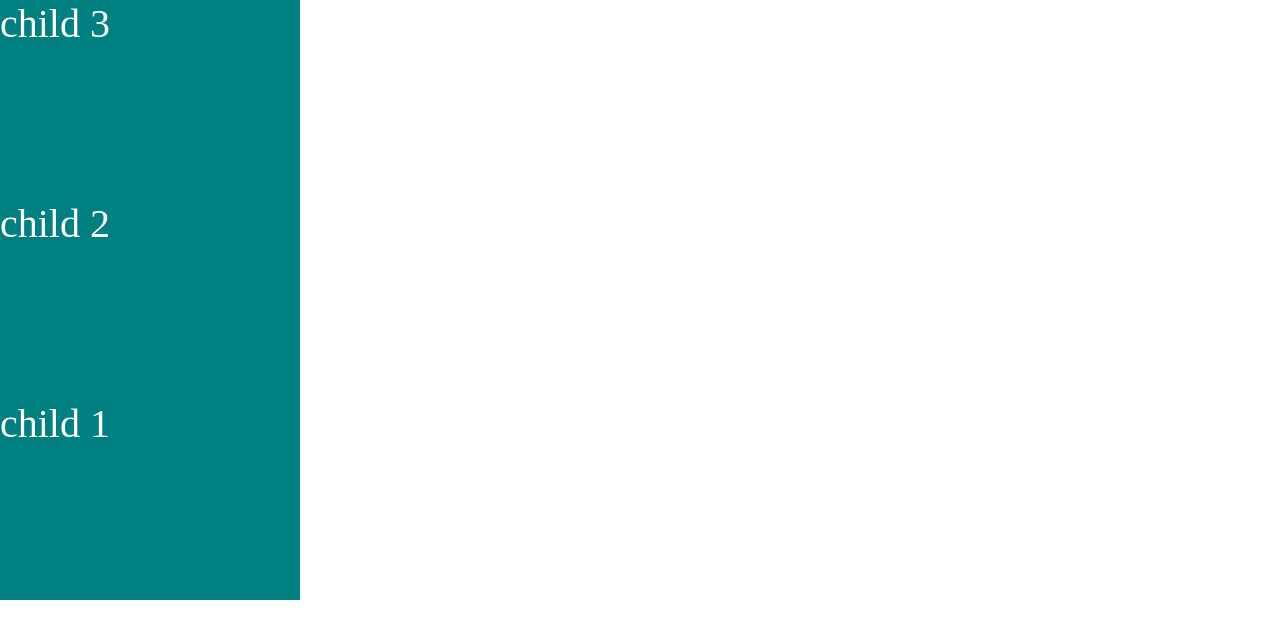
Repository: AytacSafarova/Figma--task
Page: index.html
These files come from the project's save history. The page is drawn as it stood at one moment and after the next save; the edit follows.
The browser window is 1280 px wide. The pictures show the whole page.

Above is the page before, as saved 2023-08-04 14:53:37.
Console error: ReferenceError: camelcase is not defined

### index.html
<!DOCTYPE html>
<html lang="en">

<head>
    <meta charset="UTF-8">
    <meta name="viewport" content="width=device-width, initial-scale=1.0">
    <title>Document</title>
    <link rel="stylesheet" href="./index.css">
</head>

<body>
    <div class="container">
        <div class="child">child 1</div>
        <div class="child">child 2</div>
        <div class="child">child 3</div>

    </div>
</body>
<script src="index.js"></script>

</html>

### index.css
@import url("https://fonts.googleapis.com/css2?family=Roboto&family=Roboto+Slab:wght@700&display=swap");
* {
  margin: 0;
  padding: 0;
  box-sizing: border-box;
}
.container {
  /* padding: 214px 0 231px 121px; */
  /* width: 60%; */
  display: flex;
  flex-direction: column-reverse;
}
.container h1 {
  color: #000;
  font-family: Roboto Slab;
  font-size: 55px;
  font-style: normal;
  font-weight: 700;
  line-height: 101.385%;
}
.container ul {
  margin-top: 62px;
  width: 672px;
}
.container ul li {
  color: #000;
  font-family: Roboto;
  font-size: 24px;
  font-style: normal;
  font-weight: 400;
  line-height: 150%;
}

/* tablet style */
@media screen and (max-width:1024px) {
  .container {
    padding: 127px 0 160px 65px;
  }
  .container h1 {
    font-size: 32px;
  }
  .container ul {
    margin-top: 20px;
    width: 398px;
  }
  .container ul li {
    font-size: 14px;
  }
}

/* mobile style */
@media screen and (max-width: 768px) {

}


span{
  background-color: violet;
  /* display: inline; */
}
.child{
  background-color: teal;
  width: 300px;
  height: 200px;
  margin-right: 20px;

  color: white;
  font-size: 40px;
}

### index.js
let a=4
a=a+2
a+=2
let userName
camelcase
// kebab case

After the next save:
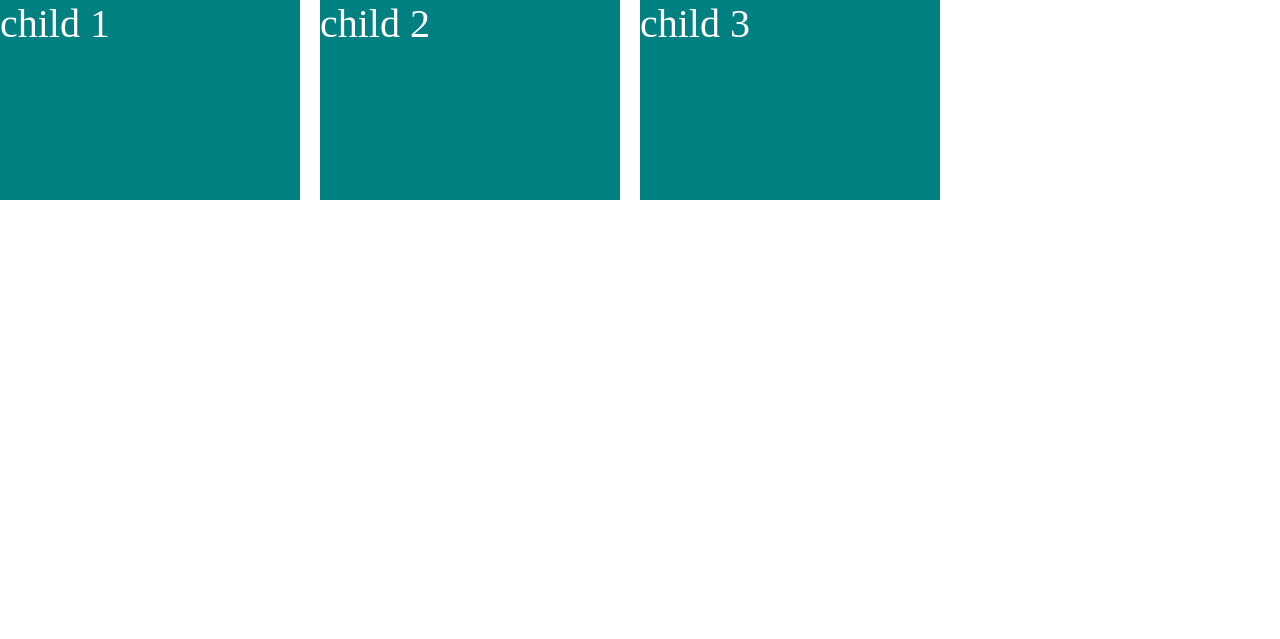
Saved 10 s later.
--- a/index.css
+++ b/index.css
@@ -8,7 +8,7 @@
   /* padding: 214px 0 231px 121px; */
   /* width: 60%; */
   display: flex;
-  flex-direction: column-reverse;
+  flex-direction:row;
 }
 .container h1 {
   color: #000;
